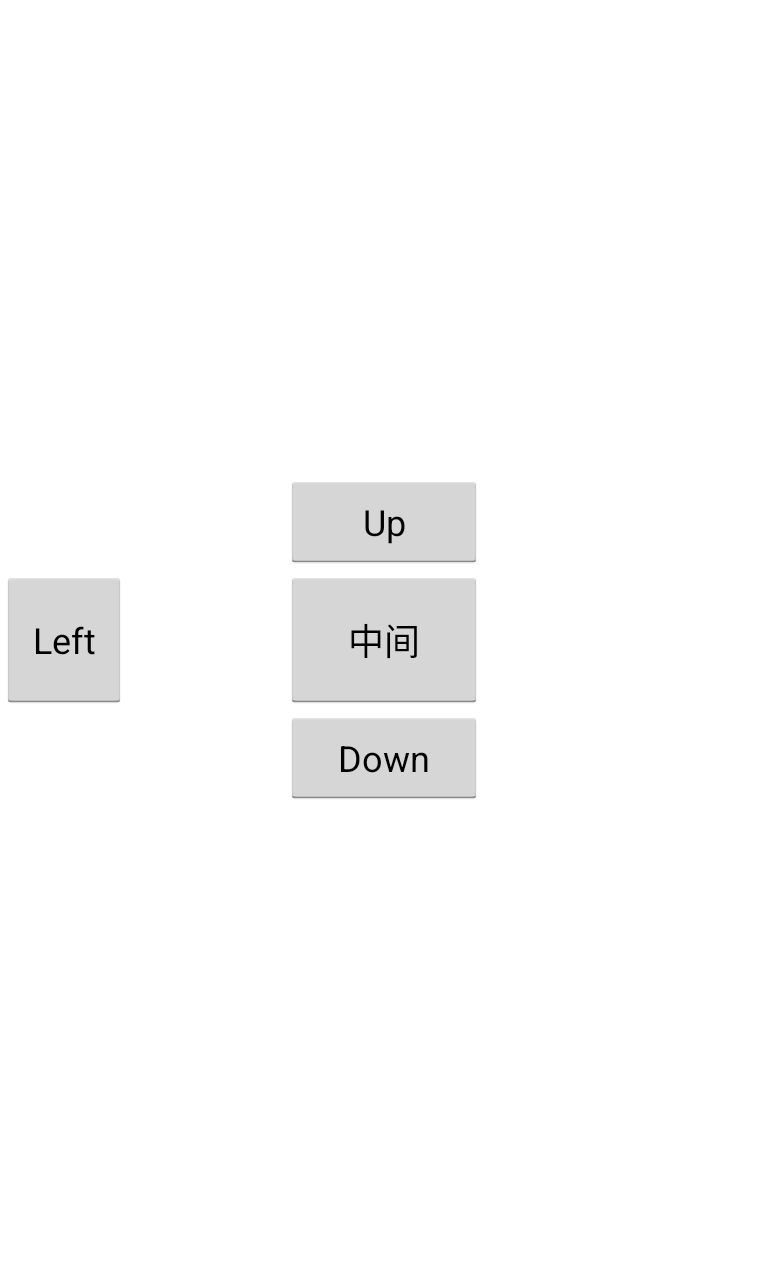
Repository: IvyZh/hm66
Layout: 黑马项目/res/layout/activity_relativelayout.xml
These files come from the project's save history. The layout is drawn as it stood at one moment and after the next save; the edit follows.
It is drawn on a 768 x 1280 px phone screen (xhdpi) without system bars, with theme AppTheme; the app's code is not run.

Above is the layout before, as saved 2016-05-17 17:18:28.

After the next save:
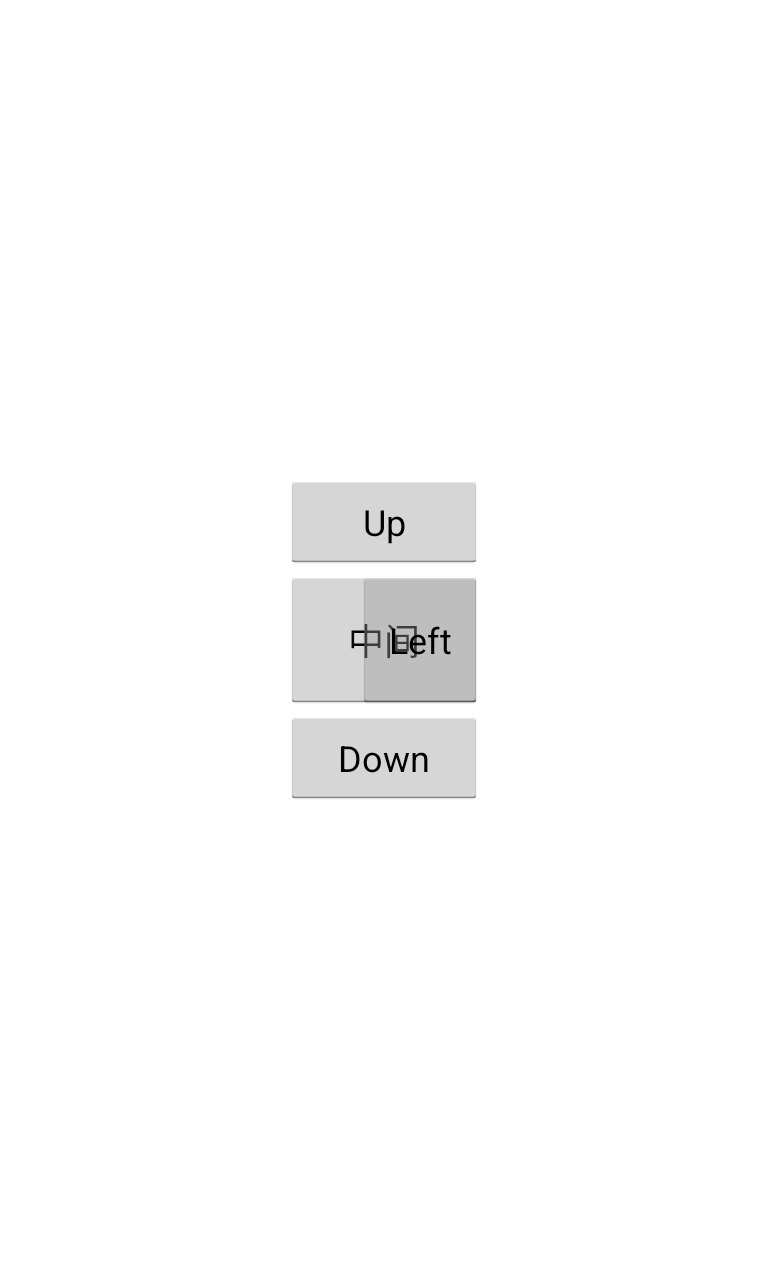
Saved 26 s later.
--- a/黑马项目/res/layout/activity_relativelayout.xml
+++ b/黑马项目/res/layout/activity_relativelayout.xml
@@ -32,6 +32,7 @@
         android:layout_height="wrap_content"
         android:layout_alignBottom="@id/bt_center"
         android:layout_alignTop="@id/bt_center"
+        android:layout_alignRight="@id/bt_center"
         android:layout_centerVertical="true"
         android:text="Left" />
 

After the save that followed:
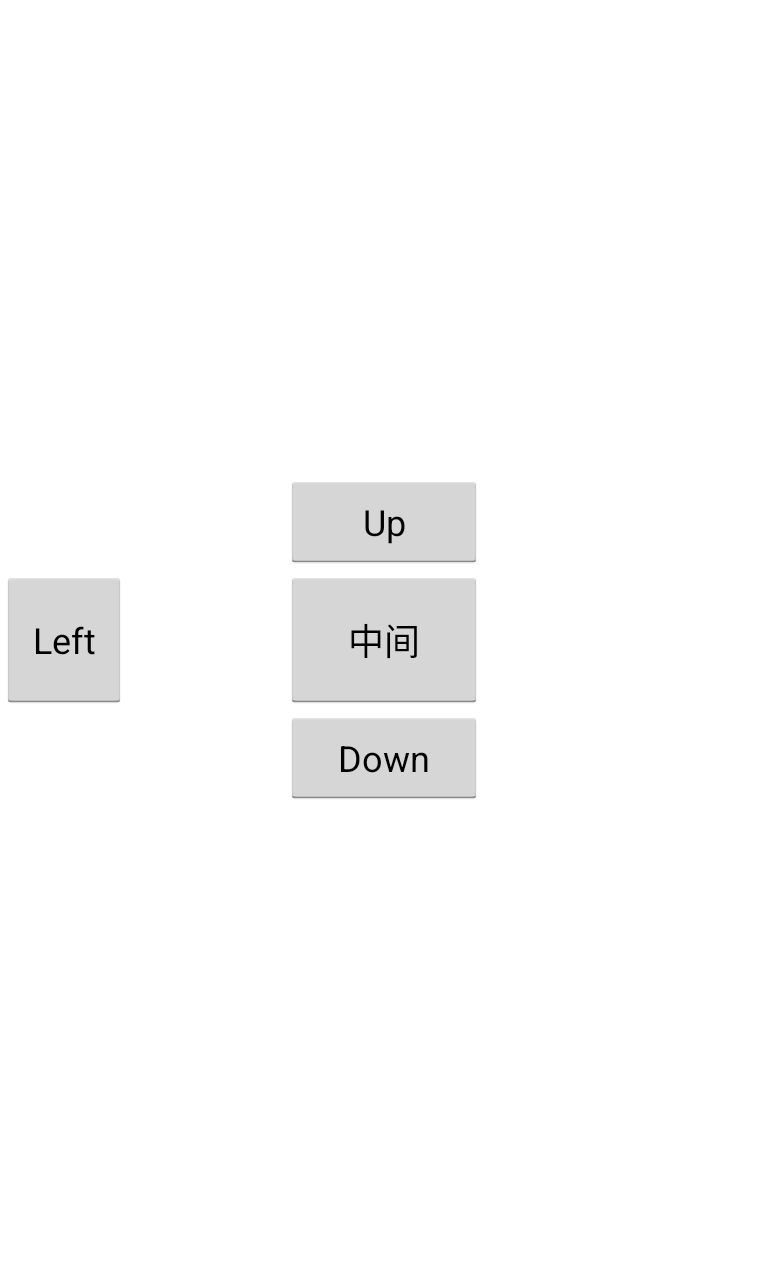
Saved 10 s later.
--- a/黑马项目/res/layout/activity_relativelayout.xml
+++ b/黑马项目/res/layout/activity_relativelayout.xml
@@ -32,7 +32,6 @@
         android:layout_height="wrap_content"
         android:layout_alignBottom="@id/bt_center"
         android:layout_alignTop="@id/bt_center"
-        android:layout_alignRight="@id/bt_center"
         android:layout_centerVertical="true"
         android:text="Left" />
 
